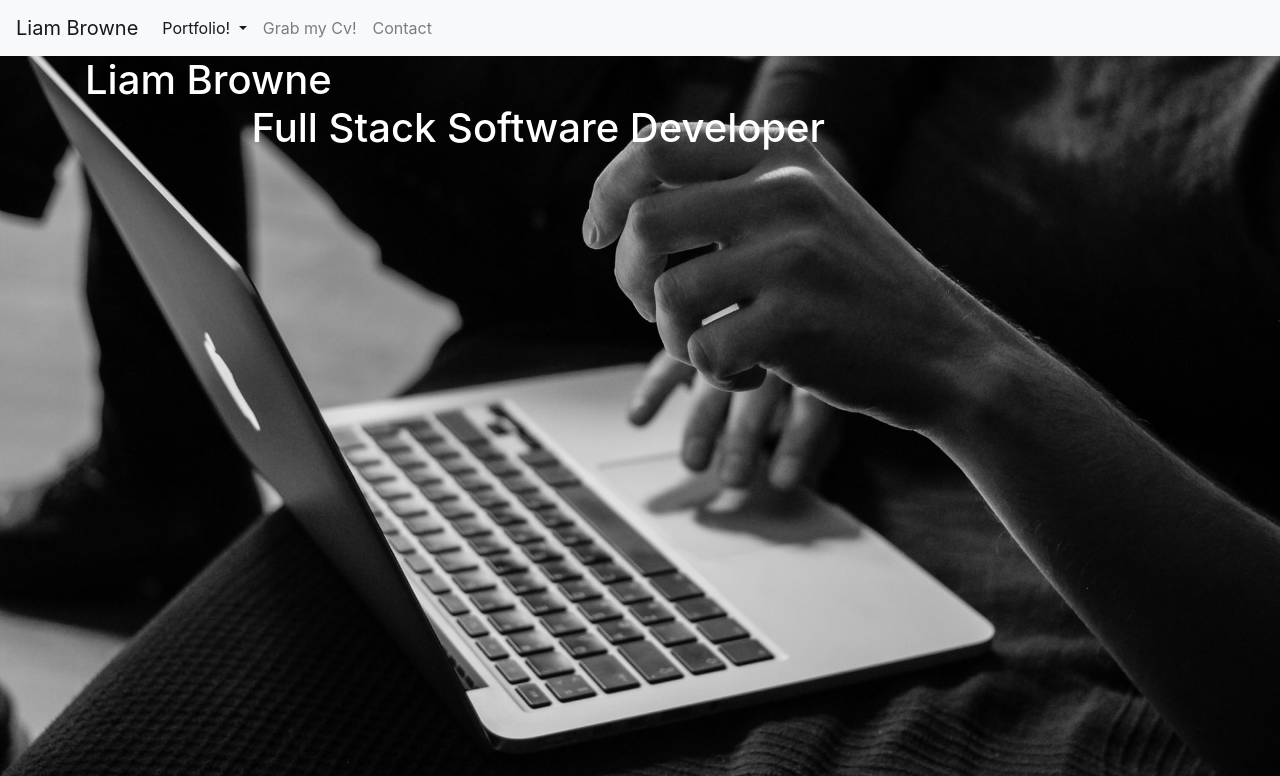
Repository: LiamB123/LiamBrowne.com.github.io
Page: index.html
The author's editor kept a record of every edit. The page is drawn from the files as they stood at one moment, then again after the next edit.
The browser window is 1280 px wide. The pictures show the whole page.
Backgrounds fixed to the window are drawn as part of the page.

Above is the page before.

### index.html
<!DOCTYPE html>
<html lang="en">

<head>
  <meta charset="UTF-8">
  <meta name="viewport" content="width=device-width, initial-scale=1.0">


  <meta http-equiv="X-UA-Compatible" content="ie=edge">

  <title>Liam Browne</title>

  <!--Boostrap Links for Css, Js and Jquery --->
  <link rel="stylesheet" href="https://stackpath.bootstrapcdn.com/bootstrap/4.4.1/css/bootstrap.min.css" integrity="sha384-Vkoo8x4CGsO3+Hhxv8T/Q5PaXtkKtu6ug5TOeNV6gBiFeWPGFN9MuhOf23Q9Ifjh" crossorigin="anonymous">

  <script src="https://code.jquery.com/jquery-3.4.1.slim.min.js" integrity="sha384-J6qa4849blE2+poT4WnyKhv5vZF5SrPo0iEjwBvKU7imGFAV0wwj1yYfoRSJoZ+n" crossorigin="anonymous"></script>
  <script src="https://cdn.jsdelivr.net/npm/popper.js@1.16.0/dist/umd/popper.min.js" integrity="sha384-Q6E9RHvbIyZFJoft+2mJbHaEWldlvI9IOYy5n3zV9zzTtmI3UksdQRVvoxMfooAo" crossorigin="anonymous"></script>
  <script src="https://stackpath.bootstrapcdn.com/bootstrap/4.4.1/js/bootstrap.min.js" integrity="sha384-wfSDF2E50Y2D1uUdj0O3uMBJnjuUD4Ih7YwaYd1iqfktj0Uod8GCExl3Og8ifwB6" crossorigin="anonymous"></script>

  <!--Boostrap Links for Font Awesome--->
  <link rel="stylesheet" href="https://stackpath.bootstrapcdn.com/font-awesome/4.7.0/css/font-awesome.min.css" type="text/css" />

  <link rel="stylesheet" href="static/css/custom.css" type="text/css" />

</head>

<body>


  <nav class="navbar navbar-expand-lg navbar-light bg-light">
    <a class="navbar-brand" href="index.html">Liam Browne </a>
    <button class="navbar-toggler" type="button" data-toggle="collapse" data-target="#navbarSupportedContent" aria-controls="navbarSupportedContent" aria-expanded="false" aria-label="Toggle navigation">
    <span class="navbar-toggler-icon"></span>
  </button>

    <div class="collapse navbar-collapse" id="navbarSupportedContent">
      <ul class="navbar-nav mr-auto">
        <li class="nav-item active nav-item dropdown">
          <a class="nav-link dropdown-toggle" href="" id="navbarDropdown" role="button" data-toggle="dropdown" aria-haspopup="true" aria-expanded="false">
          Portfolio!
        </a>
          <div class="dropdown-menu" aria-labelledby="navbarDropdown">
            <a class="dropdown-item" href="portfolio.html">Take me there!</a>
            <a class="dropdown-item" target="_blank" href="https://liams-the-store.herokuapp.com/">E-Commerce</a>
            <a class="dropdown-item" href="https://liams-booze.herokuapp.com/">Booze Clues</a>
            <div class="dropdown-divider"></div>
            <a class="dropdown-iitem" target="_blank" href="https://github.com/LiamB123/">
           Check out my GitHub</a>
          </div>
        </li>
        <a class="nav-link" target="_blank" href="./static/assets/My_Resume.pdf">Grab my Cv!<span class="sr-only">(current)</span></a>
        </li>
        <li class="nav-item">
          <a class="nav-link" href="contact.html">Contact</a>
        </li>

      </ul>

    </div>
  </nav>
  <!----Masthead Section---->

  <section>
    <div id="title-img">
      <div class="container">


        <h1 class="white-lettering">
          Liam Browne
          <br>
          <div class="push_right">
             Full Stack Software Developer</div>
        </h1>


      </div>
    </div>
  </section>



</html>

### static/css/custom.css
/*Image Classes*/


#contact-img {
    min-height: 100vh;
    min-width: 100%;
    z-index: -1;
    background-image: url("../img/keyboard.jpg");
    background-repeat: no-repeat;
    background-position: center;
    background-attachment: fixed;
}


#title-img{
    background-attachment: fixed;
    background-image: url("../img/laptop.jpg");
    background-position: bottom;
    background-size: cover;
   min-height: 100vh;
    min-width: 100%;
    margin-bottom: 0px;
    z-index: -1;
}
#liam-img{
    background-attachment: fixed;
    background-repeat: no-repeat;
    background-image: url("../img/nerd.jpg");
    background-position: left;
    min-height:auto;
    min-width: auto;
    margin-bottom: 0px;
}


.portfolio-img {
    min-height: 100vh;
    min-width: 100%;
    z-index: -1;
    background-image: url("../img/portfolio.jpg");
    background-repeat: no-repeat;
    background-position: center;
    background-attachment: fixed;
}


.white-lettering{
    color: white;
}

.portfolio-sizing{
    padding-top: 20%;

}


.vertical-align-center{
    padding-top:40%;
    text-align: center;
    padding-bottom: 20%;
}
.tall{
    height:10vh;
    font-size: 5vh;
}

.push_right{
 padding-left: 15%;
}

After the next edit:
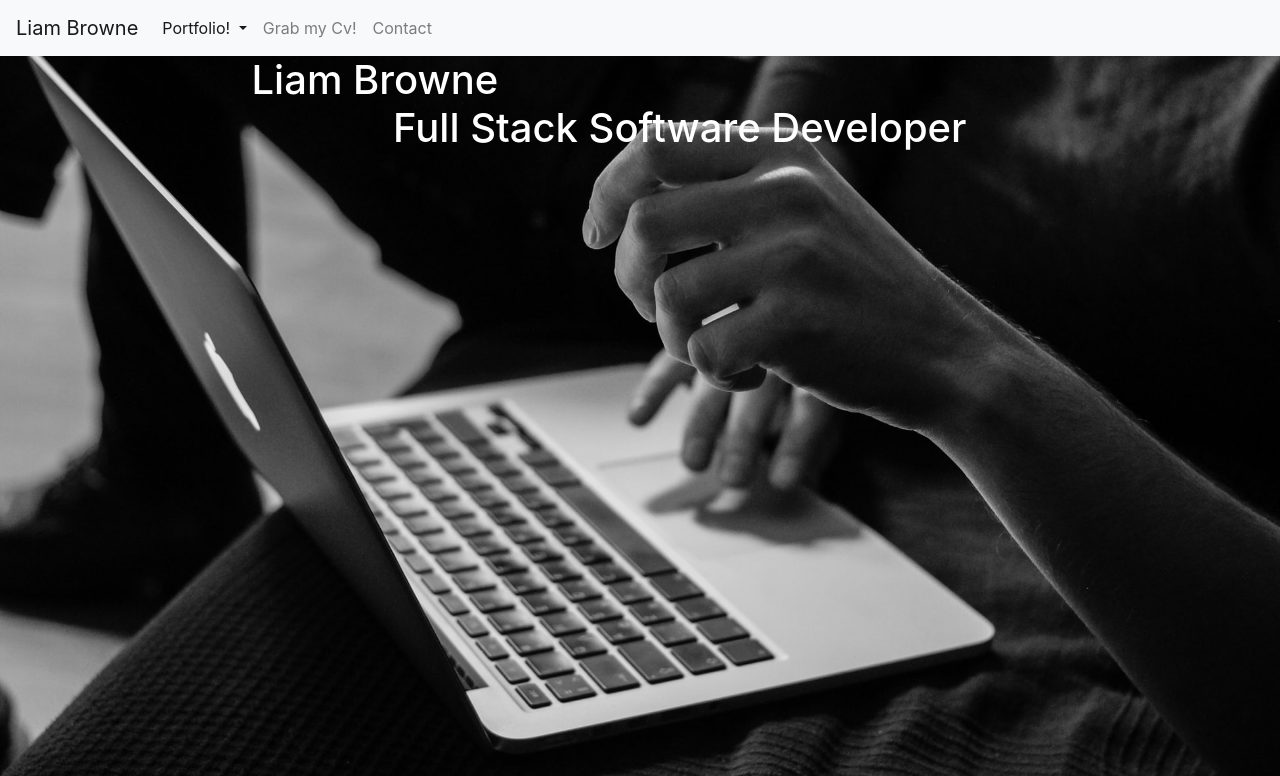
The edit:
--- a/index.html
+++ b/index.html
@@ -65,7 +65,7 @@
       <div class="container">
 
 
-        <h1 class="white-lettering">
+        <h1 class="white-lettering push_right">
           Liam Browne
           <br>
           <div class="push_right">
